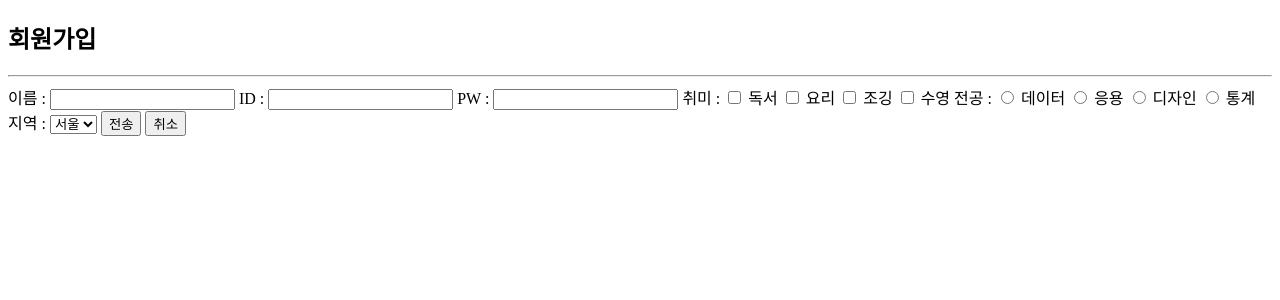
Repository: xxihyun0830/JSP
Page: http://localhost/Day3_getpost/join.jsp
These files come from the project's save history. The page is drawn as it stood at one moment and after the next save; the edit follows.
The browser window is 1280 px wide. The pictures show the whole page.
The page is served by Tomcat 9.

Above is the page before, as saved 2019-07-11 05:04:41.

After the next save:
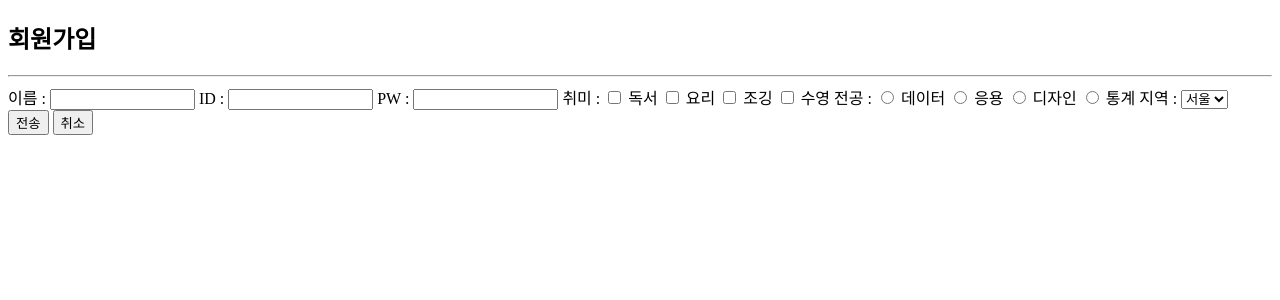
Saved 38 s later.
--- a/Day3_getpost/WebContent/join.jsp
+++ b/Day3_getpost/WebContent/join.jsp
@@ -10,9 +10,9 @@
 <h2>회원가입</h2> <hr>
 
 <form action = "JoinOk" method = "get">
-이름 : <input type = "text" name = "name" >
-ID : <input type = "text" name = "id">
-PW : <input type = "password" name = "pw">
+이름 : <input type = "text" name = "name" size=15 >
+ID : <input type = "text" name = "id" size=15>
+PW : <input type = "password" name = "pw" size = 15>
 취미 : <input type = "checkbox" name = "hobby" value = "reading"> 독서
       <input type = "checkbox" name = "hobby" value = "cooking"> 요리
       <input type = "checkbox" name = "hobby" value = "jogging"> 조깅
